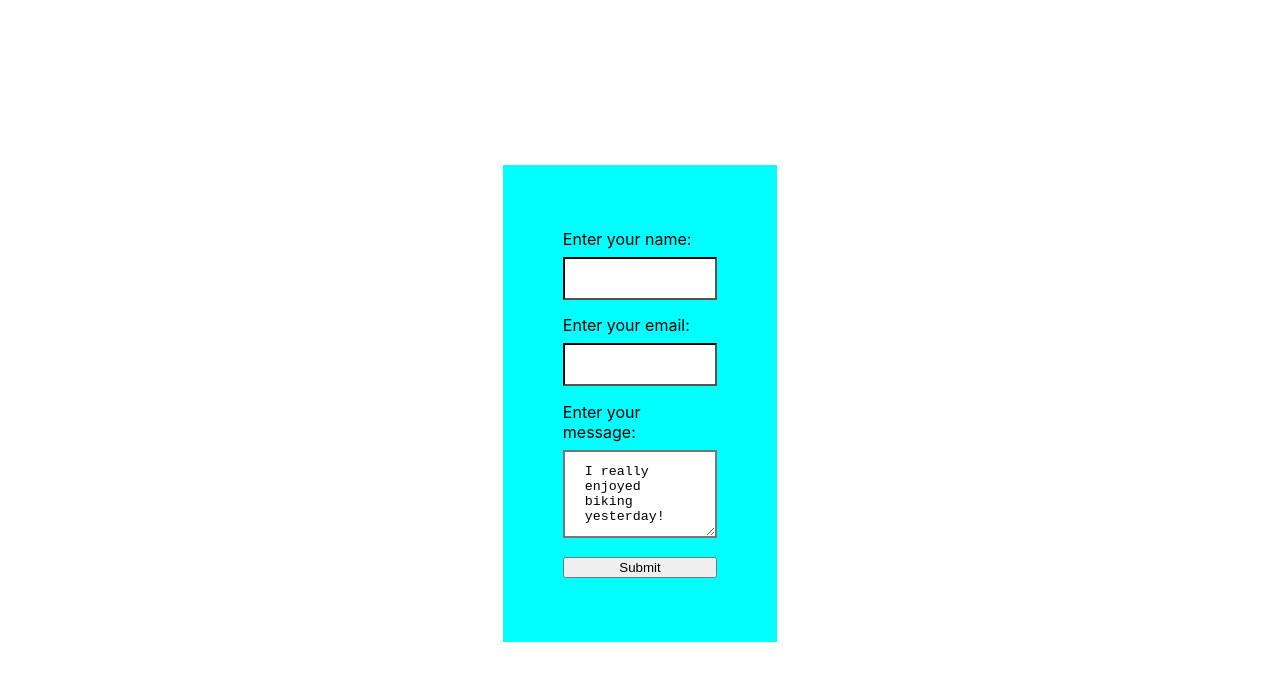
Repository: AddamVictorioDev/ProfileWebsite
Page: /form (app in con/)
An editor plug-in stored every save of this project. The page is shown before and after the next save, followed by the edit.
The browser window is 1280 px wide. The pictures show the whole page.
The project was rebuilt for these pictures with package versions that can differ from the ones it lists, and the page was loaded fresh each time. Also part of the build but not shown: con/src/App.css, con/src/home.css, con/src/home.js, con/src/addam.css, con/src/addam.js, con/src/usescripts.js, con/src/projects.js.

Above is the page before, as saved 2023-03-16 19:08:52.

After the next save:
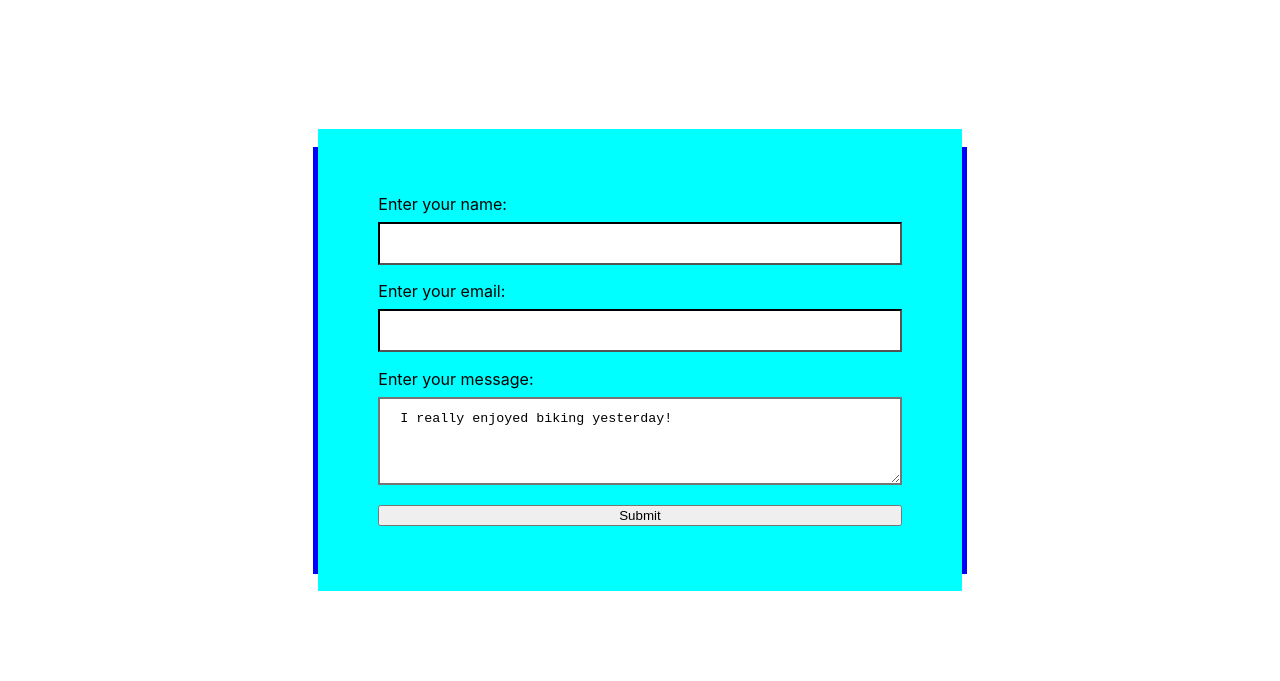
Saved 17 s later.
--- a/con/src/form.css
+++ b/con/src/form.css
@@ -18,8 +18,8 @@ body{
 .center{
     display: grid;
     place-items: center;
-    height: 50vh;
-    width: 10vw;
+
+    width: 100%;
     background-color: blue;
 
 
